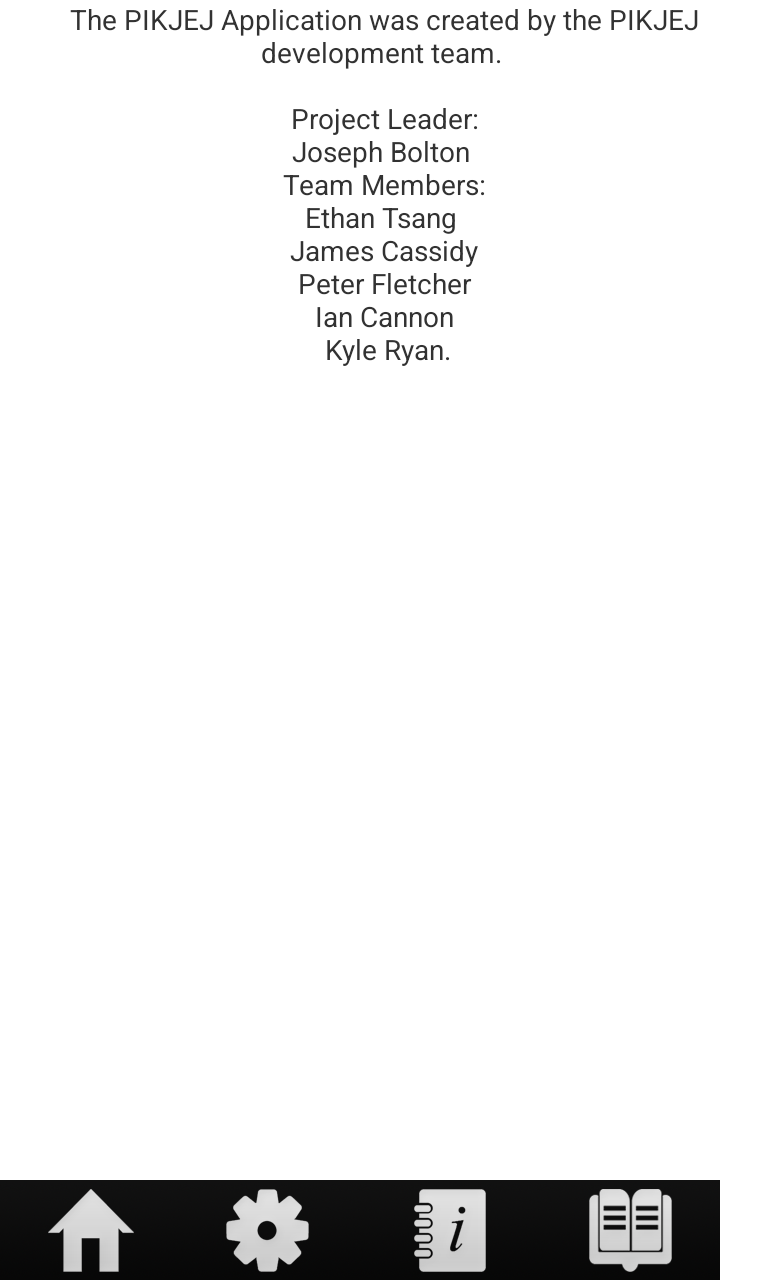
Repository: jo3bolton/PIKJEJ
Layout: PIKJEJ v7/PIKJEJ/res/layout/activity_about.xml
The author's editor kept a copy of each file at every save. The layout is drawn from the files as they stood at one save, then again after the next save.
It is drawn on a 768 x 1280 px phone screen (xhdpi) without system bars, with theme AppTheme; the app's code is not run.

Above is the layout before, as saved 2013-03-23 13:34:45.

After the next save:
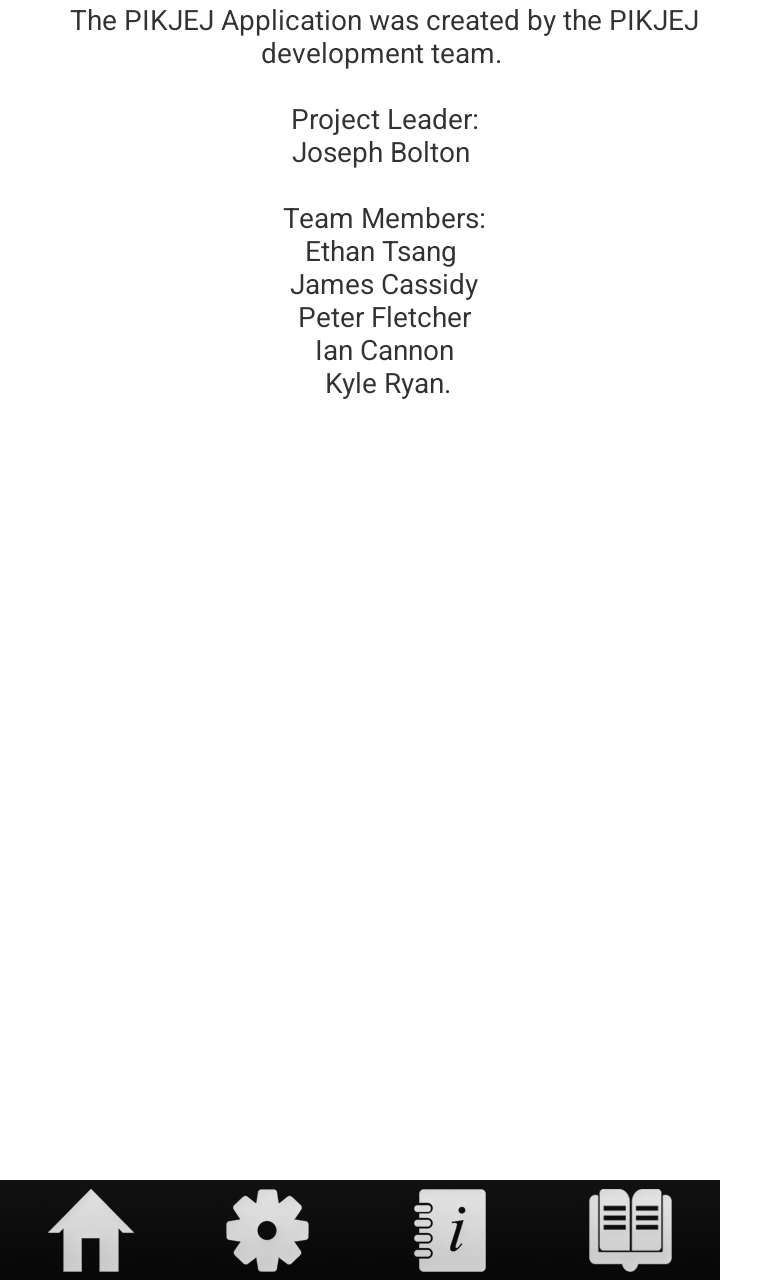
Saved 9 s later.
--- a/PIKJEJ v7/PIKJEJ/res/values/strings.xml
+++ b/PIKJEJ v7/PIKJEJ/res/values/strings.xml
@@ -13,6 +13,6 @@
     <string name="title_activity_terms">Terms</string>
     <string name="title_activity_splash">Splash</string>
     <string name="title_activity_home">Home</string>
-    <string name="page_about">The PIKJEJ Application was created by the PIKJEJ development team. \n \n Project Leader: \nJoseph Bolton \n Team Members: \nEthan Tsang \n James Cassidy \n Peter Fletcher \n Ian Cannon \n  Kyle Ryan.</string>
+    <string name="page_about">The PIKJEJ Application was created by the PIKJEJ development team. \n \n Project Leader: \nJoseph Bolton \n\n Team Members: \nEthan Tsang \n James Cassidy \n Peter Fletcher \n Ian Cannon \n  Kyle Ryan.</string>
 
 </resources>
